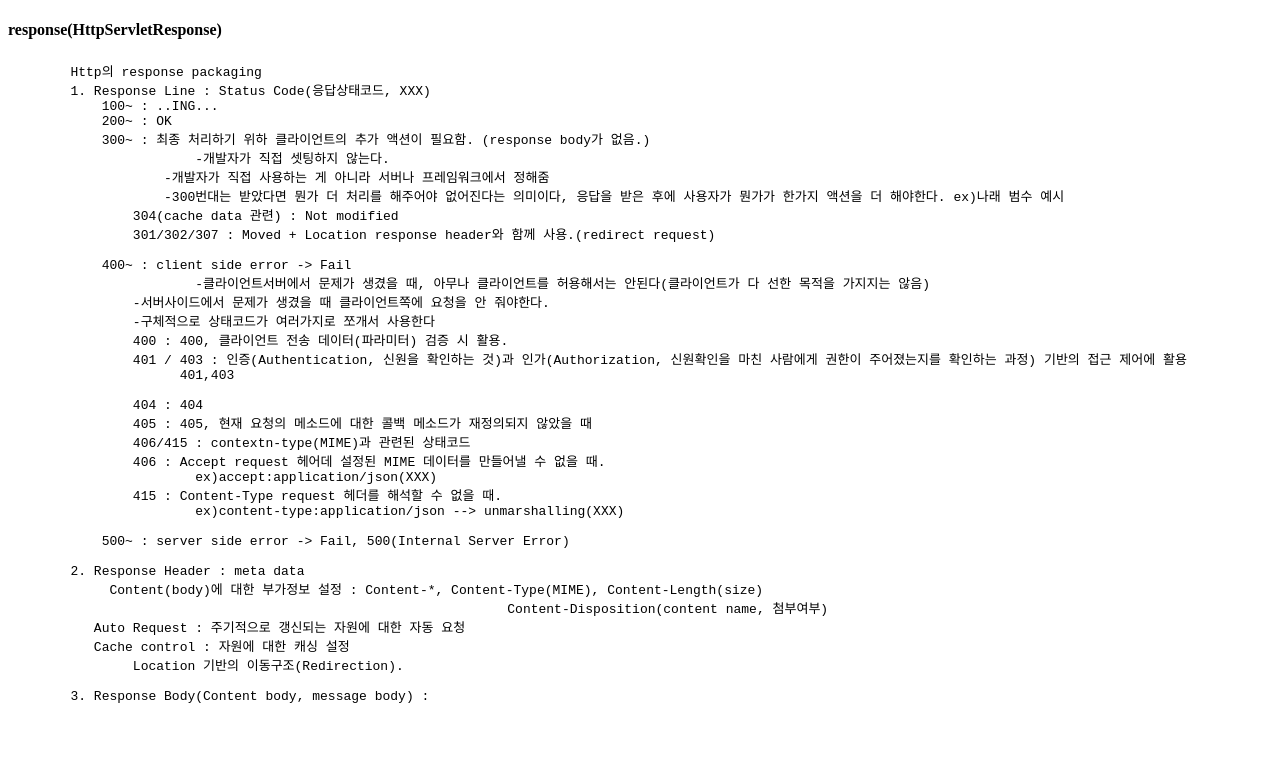
Repository: YOUNARAE/JSP
Page: http://localhost/WebStudy01/05/responseDesc.jsp
These files come from the project's save history. The page is drawn as it stood at one moment and after the next save; the edit follows.
The browser window is 1280 px wide. The pictures show the whole page.
The page is served by Tomcat 9.

Above is the page before, as saved 2022-12-13 06:43:04.

After the next save:
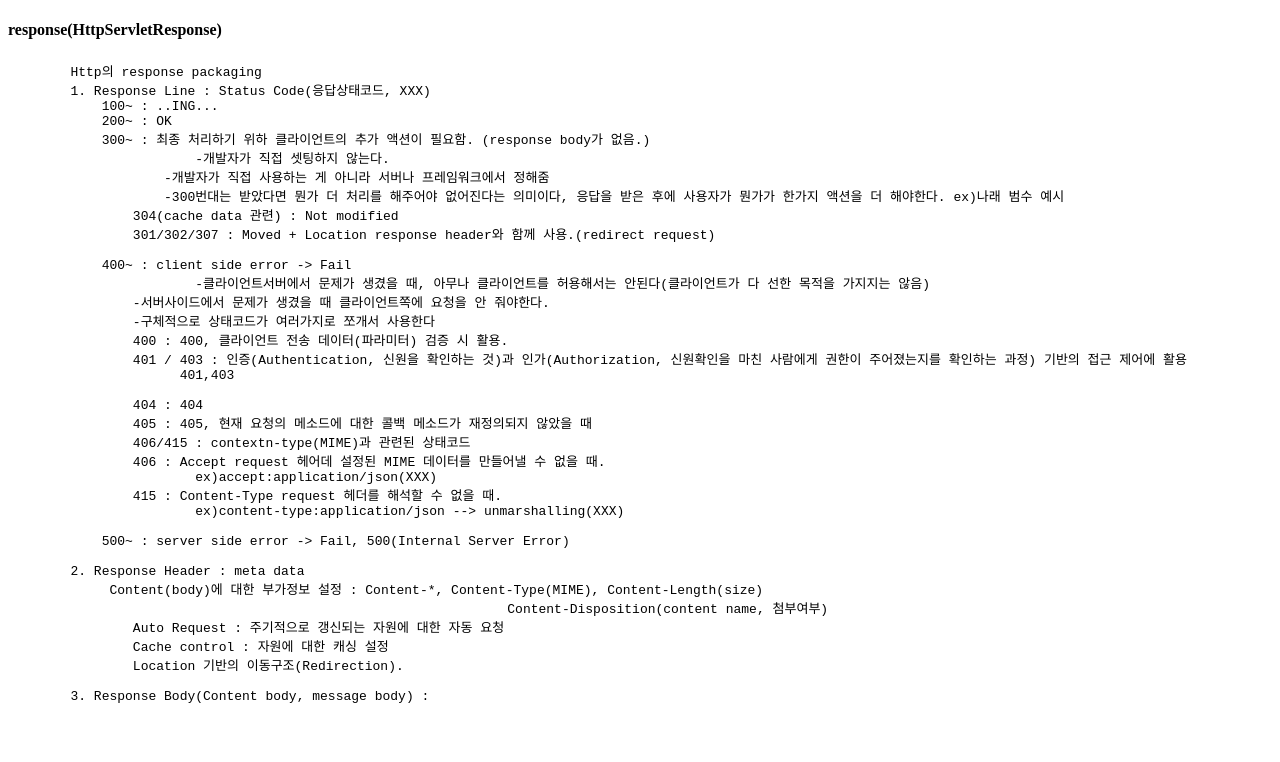
Saved 13 s later.
--- a/WebStudy01/src/main/webapp/05/responseDesc.jsp
+++ b/WebStudy01/src/main/webapp/05/responseDesc.jsp
@@ -47,8 +47,8 @@
 	2. Response Header : meta data
 	     Content(body)에 대한 부가정보 설정 : Content-*, Content-Type(MIME), Content-Length(size)
 	     							Content-Disposition(content name, 첨부여부)
-	   Auto Request : 주기적으로 갱신되는 자원에 대한 자동 요청
-	   Cache control : 자원에 대한 캐싱 설정
+		Auto Request : 주기적으로 갱신되는 자원에 대한 자동 요청
+		Cache control : 자원에 대한 캐싱 설정
 	 	Location 기반의 이동구조(Redirection).
 
 	3. Response Body(Content body, message body) :
